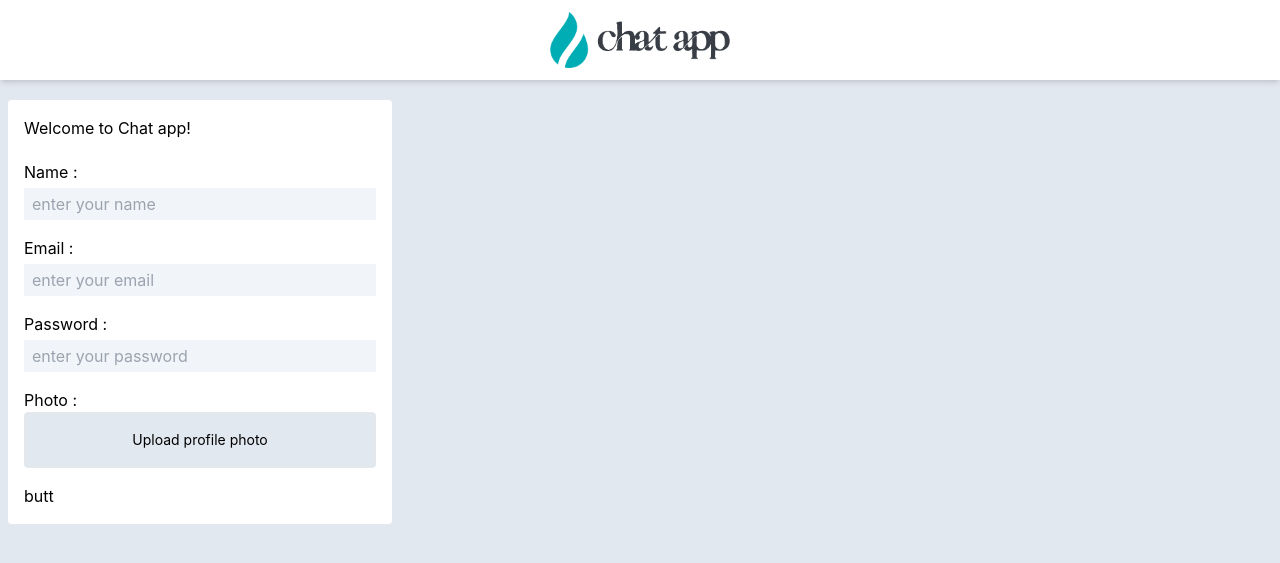
Repository: TharsikanV/chat-app
Page: /register (app in client/)
The author's editor kept a copy of each file at every save. The page is drawn from the files as they stood at one save, then again after a run of saves.
The browser window is 1280 px wide. The pictures show the whole page.
The project was rebuilt for these pictures with package versions that can differ from the ones it lists, and the page was loaded fresh each time. Also part of the build but not shown: client/src/App.css, client/src/pages/Home.js, client/src/components/MessagePage.js. Imported but missing from the stored project, and not drawn on this page: client/src/pages/CheckEmailPage, client/src/pages/CheckPasswordPage.

Above is the page before, as saved 2024-06-16 21:06:08.

After the next 3 saves:
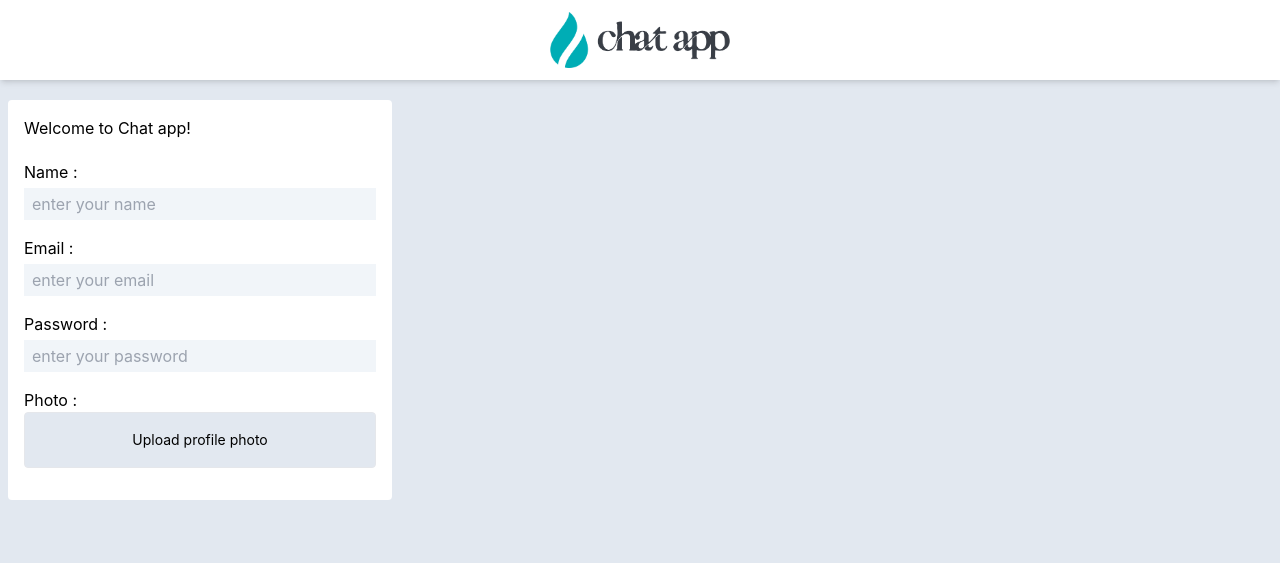
The 3 saves are shown as one change because they came seconds apart.
The last was saved 10 s later.
--- a/client/src/pages/RegisterPage.js
+++ b/client/src/pages/RegisterPage.js
@@ -110,7 +110,9 @@ const RegisterPage = () => {
                 />
               </div>
 
-              butt
+              <button>
+
+              </button>
       </form>
       </div>
 
